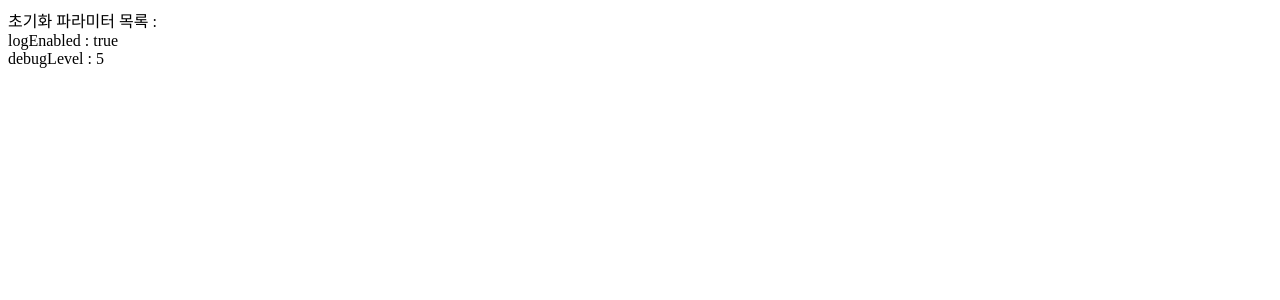
Repository: minkyung0421/JSP_Study
Page: http://localhost/Chapter07/application_02.jsp
The author's editor kept a copy of each file at every save. The page is drawn from the files as they stood at one save, then again after the next save.
The browser window is 1280 px wide. The pictures show the whole page.
The page is served by Tomcat 9.

Above is the page before, as saved 2018-07-05 04:22:53.

After the next save:
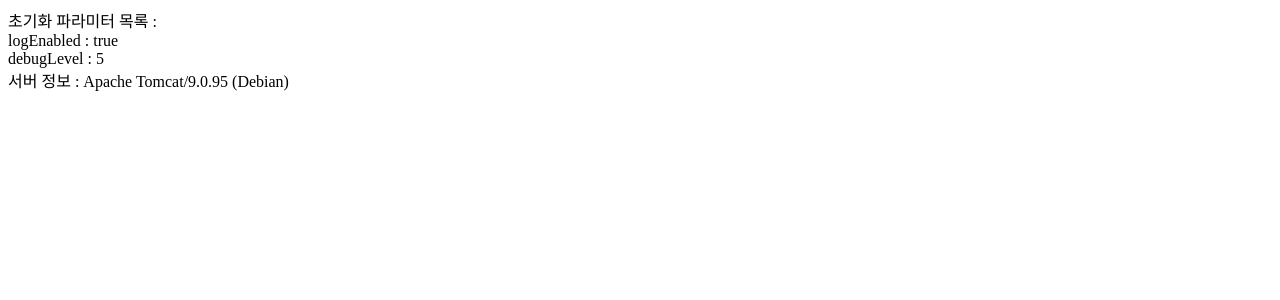
Saved 80 s later.
--- a/Chapter07/WebContent/application_02.jsp
+++ b/Chapter07/WebContent/application_02.jsp
@@ -17,5 +17,7 @@
 		out.println(key1 + " : " + value1 +"<br>");
 	}
 %>
+
+서버 정보 : <%=application.getServerInfo() %> <br>
 </body>
 </html>
